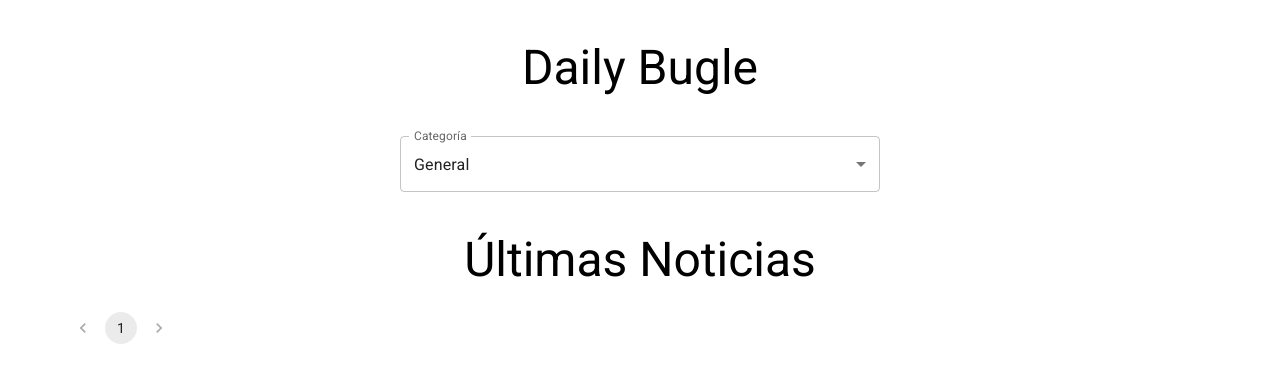
Repository: CarlosCamposRodriguez99/noticiasApp
Page: /
An editor plug-in stored every save of this project. The page is shown before and after a run of saves, followed by the edit.
The browser window is 1280 px wide. The pictures show the whole page.
The page's requests for data from a server got no answer. Some web fonts or font styles are not loaded; a fallback is used. The project was rebuilt for these pictures with package versions that can differ from the ones it lists, and the page was loaded fresh each time. No one was signed in, and anything a server would have sent is missing. Also part of the build but not shown: vite.config.js, src/components/Noticia.jsx.

Above is the page before, as saved 2022-06-08 17:25:43.

After the next 4 saves:
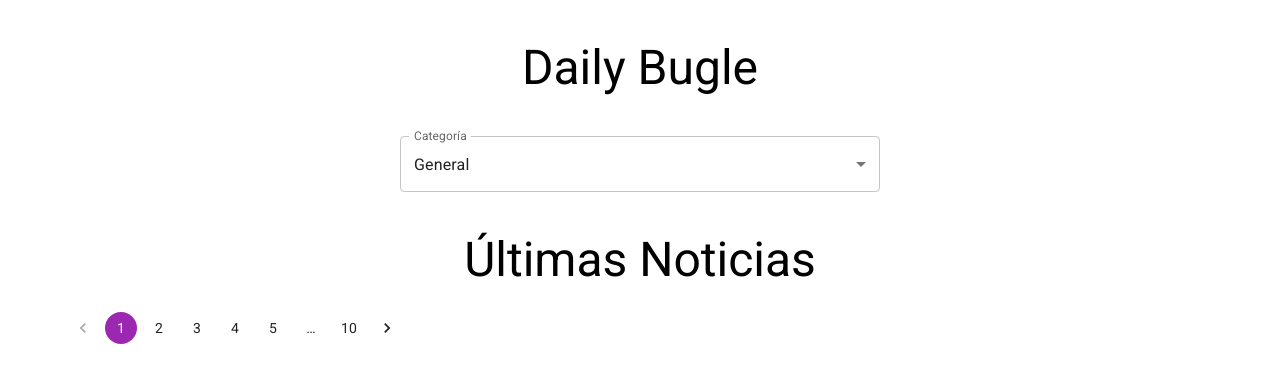
The 4 saves are shown as one change because 1 did not build or start and some came seconds apart.
The last was saved 18 s later.
--- a/src/components/ListadoNoticias.jsx
+++ b/src/components/ListadoNoticias.jsx
@@ -33,7 +33,7 @@
         </Grid>
 
         <Stack>
-          <Pagination  />
+          <Pagination count={10} color='secondary' />
         </Stack>
     </>
   )
